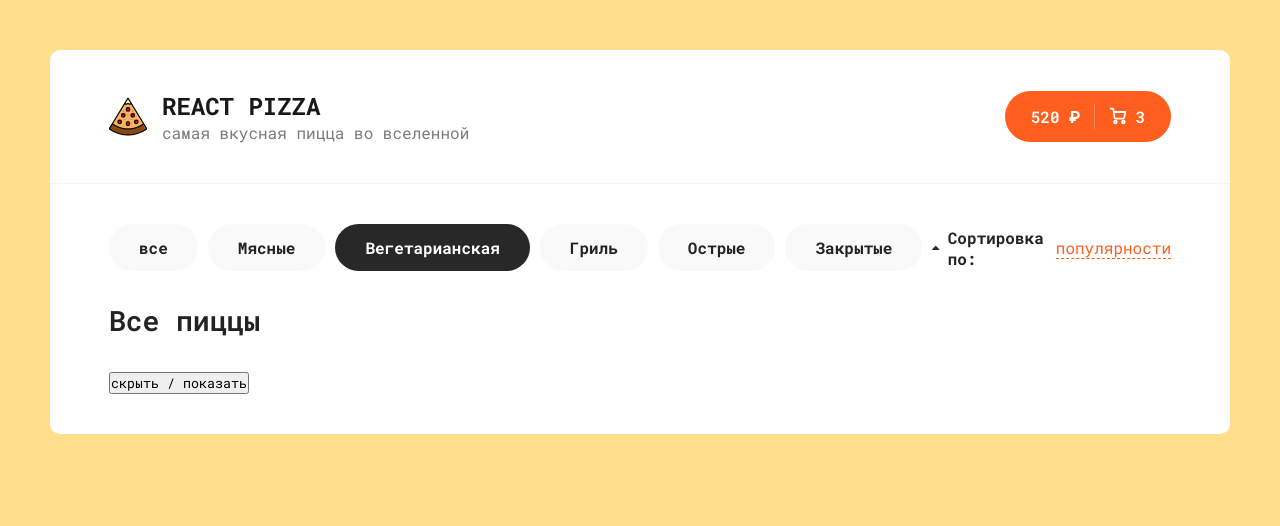
Repository: TI-IT/react-pizza2
Page: /
The author's editor kept a copy of each file at every save. The page is drawn from the files as they stood at one save, then again after the next save.
The browser window is 1280 px wide. The pictures show the whole page.
The project was rebuilt for these pictures with package versions that can differ from the ones it lists, and the page was loaded fresh each time. Also part of the build but not shown: src/components/PizzaBlock.jsx.

Above is the page before, as saved 2022-10-09 11:51:40.

### public/index.html
<!DOCTYPE html>
<html lang="en">
  <head>
    <meta charset="utf-8" />
    <link rel="icon" href="%PUBLIC_URL%/favicon.ico" />
    <link rel="preconnect" href="https://fonts.googleapis.com" />
    <link rel="preconnect" href="https://fonts.gstatic.com" crossorigin />
    <link
      href="https://fonts.googleapis.com/css2?family=Roboto+Mono:wght@300;400;500;600;700&display=swap"
      rel="stylesheet"
    />
    <meta name="viewport" content="width=device-width, initial-scale=1" />
    <meta name="theme-color" content="#000000" />
    <meta
      name="description"
      content="Web site created using create-react-app"
    />
    <link rel="apple-touch-icon" href="%PUBLIC_URL%/logo192.png" />
    <!--
      manifest.json provides metadata used when your web app is installed on a
      user's mobile device or desktop. See https://developers.google.com/web/fundamentals/web-app-manifest/
    -->
    <link rel="manifest" href="%PUBLIC_URL%/manifest.json" />
    <!--
      Notice the use of %PUBLIC_URL% in the tags above.
      It will be replaced with the URL of the `public` folder during the build.
      Only files inside the `public` folder can be referenced from the HTML.

      Unlike "/favicon.ico" or "favicon.ico", "%PUBLIC_URL%/favicon.ico" will
      work correctly both with client-side routing and a non-root public URL.
      Learn how to configure a non-root public URL by running `npm run build`.
    -->
    <title>React App</title>
  </head>
  <body>
    <noscript>You need to enable JavaScript to run this app.</noscript>
    <div id="root"></div>
    <!--
      This HTML file is a template.
      If you open it directly in the browser, you will see an empty page.

      You can add webfonts, meta tags, or analytics to this file.
      The build step will place the bundled scripts into the <body> tag.

      To begin the development, run `npm start` or `yarn start`.
      To create a production bundle, use `npm run build` or `yarn build`.
    -->
  </body>
</html>

### src/App.js
import React from 'react'
import './scss/app.scss'
import Header from './components/Header'
import Categories from './components/Categories'
import Sort from './components/Sort'
import PizzaBlock from './components/PizzaBlock'
import pizzas from './assets/pizza.json'

function App() {
  const [items, setItems] = React.useState([])
  const [visibleList, setvisibleList] = React.useState(true)

  const toggleVisibleList = () => {
    setvisibleList(visible => !visible)
  }

  const link = 'https://63427733ba4478d4783c44ef.mockapi.io/items'
  // fetch(link)
  //   .then(res => {
  //     return res.json()
  //   })
  //   .then(arr => {
  //     setItems(arr)
  //   })

  return (
    <div className="wrapper">
      <Header />
      <div className="content">
        <div className="container">
          <div className="content__top">
            <Categories />
            <Sort />
          </div>
          {visibleList && <h2 className="content__title">Все пиццы</h2>}
          <button onClick={toggleVisibleList}>скрыть / показать</button>

          <div className="content__items">
            {items.map(obj => (
              <PizzaBlock key={obj.id} {...obj} />
            ))}
          </div>
        </div>
      </div>
    </div>
  )
}

export default App

### src/scss/app.scss
@import './_variables.scss';
@import 'libs/_normalize.scss';

@import 'components/_all.scss';


body {
  background-color: $background;
}

.wrapper {
  width: calc(100vw - 100px);
  height: 100%;
  background-color: #fff;
  margin: 50px auto;
  border-radius: 10px;
  max-width: 1400px;
}

.content {
  padding: 40px 0;

  &__title {
    margin: 35px 0;
  }

  &__items {
    display: flex;
    flex-wrap: wrap;
    justify-content: space-between;
  }

  &__top {
    display: flex;
    align-items: center;
    justify-content: space-between;
  }
}

.container {
  width: $container-width;
  margin: 0 auto;

  &--cart {
    max-width: 820px;
    margin: 90px auto;
    .content__title {
      margin: 0;
    }
  }
}

.cart {
  &__top {
    display: flex;
    justify-content: space-between;
    align-items: center;
  }

  .content__title {
    display: flex;
    align-items: center;
    font-size: 32px;

    svg {
      position: relative;
      top: -2px;
      width: 30px;
      height: 30px;
      margin-right: 10px;
      path {
        stroke: $black;
        stroke-width: 1.9;
      }
    }
  }

  &__clear {
    display: flex;
    align-items: center;
    cursor: pointer;
    @include noselect();

    span {
      display: inline-block;
      margin-left: 7px;
      color: #b6b6b6;
      font-size: 18px;
    }

    span,
    svg,
    path {
      transition: all $duration ease-in-out;
    }

    &:hover {
      svg {
        path {
          stroke: darken($color: #b6b6b6, $amount: 50);
        }
      }
      span {
        color: darken($color: #b6b6b6, $amount: 50);
      }
    }
  }

  &__item {
    display: flex;
    width: 100%;
    border-top: 1px solid $gray-line;
    padding-top: 30px;
    margin-top: 30px;

    &-img {
      display: flex;
      align-items: center;
      margin-right: 15px;
      width: 10%;

      img {
        width: 80px;
        height: 80px;
      }
    }

    &-info {
      display: flex;
      flex-direction: column;
      justify-content: center;
      width: 40%;

      h3 {
        font-weight: bold;
        font-size: 22px;
        line-height: 27px;
        letter-spacing: 0.01em;
      }

      p {
        font-size: 18px;
        color: #8d8d8d;
      }
    }

    &-count {
      display: flex;
      align-items: center;
      justify-content: space-between;
      width: 13%;

      &-minus {
        svg {
          path:first-of-type {
            display: none;
          }
        }
      }

      b {
        font-size: 22px;
      }
    }

    &-price {
      display: flex;
      align-items: center;
      justify-content: center;
      width: 33%;

      b {
        font-weight: bold;
        font-size: 22px;
        letter-spacing: 0.01em;
      }
    }

    &-remove {
      display: flex;
      align-items: center;
      justify-content: flex-end;
      width: 4%;

      .button {
        border-color: darken($color: $gray-line, $amount: 10);
      }

      svg {
        transform: rotate(45deg);

        path {
          fill: darken($color: $gray-line, $amount: 15);
        }
      }

      .button {
        svg {
          width: 11.5px;
          height: 11.5px;
          position: relative;
        }
        &:hover,
        &:active {
          border-color: darken($color: $gray-line, $amount: 80);
          background-color: darken($color: $gray-line, $amount: 80);
        }
      }
    }
  }

  &__bottom {
    margin: 50px 0;

    &-details {
      display: flex;
      justify-content: space-between;

      span {
        font-size: 22px;

        &:last-of-type {
          b {
            color: $orange;
          }
        }
      }
    }

    &-buttons {
      display: flex;
      justify-content: space-between;
      margin-top: 40px;

      .go-back-btn {
        display: flex;
        align-items: center;
        justify-content: center;
        width: 210px;

        border-color: darken($color: $gray-line, $amount: 10);

        span {
          color: darken($color: $gray-line, $amount: 20);
          font-weight: 500;
          font-weight: 600;
        }

        &:hover {
          background-color: darken($color: $gray-line, $amount: 90);
          border-color: darken($color: $gray-line, $amount: 90);

          span {
            color: $gray-line;
          }
        }

        svg {
          margin-right: 12px;
          path {
            fill: transparent;
            stroke-width: 2;
          }
        }
      }

      .pay-btn {
        font-size: 16px;
        font-weight: 600;
        width: 210px;
        padding: 16px;
      }
    }
  }

  &--empty {
    margin: 0 auto;
    width: 560px;
    text-align: center;

    h2 {
      font-size: 32px;
      margin-bottom: 10px;
    }

    p {
      font-size: 18px;
      line-height: 145.4%;
      letter-spacing: 0.01em;
      color: #777777;
    }

    icon {
      position: relative;
      top: 2px;
    }

    img {
      display: block;
      width: 300px;
      margin: 45px auto 60px;
    }

    .button--black {
      padding: 12px 0 14px;
      width: 230px;
      margin: 0 auto;
      font-weight: 600;
      font-size: 18px;
    }
  }
}

### src/components/Header.jsx
import logoSVG from '../assets/img/pizza-logo.svg'

function Header() {
  return (
    <div className="header">
      <div className="container">
        <div className="header__logo">
          <img width="38" src={logoSVG} alt="Pizza logo" />
          <div>
            <h1>React Pizza</h1>
            <p>самая вкусная пицца во вселенной</p>
          </div>
        </div>
        <div className="header__cart">
          <a href="/cart.html" className="button button--cart">
            <span>520 ₽</span>
            <div className="button__delimiter"></div>
            <svg
              width="18"
              height="18"
              viewBox="0 0 18 18"
              fill="none"
              xmlns="http://www.w3.org/2000/svg">
              <path
                d="M6.33333 16.3333C7.06971 16.3333 7.66667 15.7364 7.66667 15C7.66667 14.2636 7.06971 13.6667 6.33333 13.6667C5.59695 13.6667 5 14.2636 5 15C5 15.7364 5.59695 16.3333 6.33333 16.3333Z"
                stroke="white"
                strokeWidth="1.8"
                strokeLinecap="round"
                strokeLinejoin="round"
              />
              <path
                d="M14.3333 16.3333C15.0697 16.3333 15.6667 15.7364 15.6667 15C15.6667 14.2636 15.0697 13.6667 14.3333 13.6667C13.597 13.6667 13 14.2636 13 15C13 15.7364 13.597 16.3333 14.3333 16.3333Z"
                stroke="white"
                strokeWidth="1.8"
                strokeLinecap="round"
                strokeLinejoin="round"
              />
              <path
                d="M4.78002 4.99999H16.3334L15.2134 10.5933C15.1524 10.9003 14.9854 11.176 14.7417 11.3722C14.4979 11.5684 14.1929 11.6727 13.88 11.6667H6.83335C6.50781 11.6694 6.1925 11.553 5.94689 11.3393C5.70128 11.1256 5.54233 10.8295 5.50002 10.5067L4.48669 2.82666C4.44466 2.50615 4.28764 2.21182 4.04482 1.99844C3.80201 1.78505 3.48994 1.66715 3.16669 1.66666H1.66669"
                stroke="white"
                strokeWidth="1.8"
                strokeLinecap="round"
                strokeLinejoin="round"
              />
            </svg>
            <span>3</span>
          </a>
        </div>
      </div>
    </div>
  )
}

export default Header

### src/components/Categories.jsx
import React from 'react'

function Categories() {
  const [activeIndex, setActivIndex] = React.useState(2)

  const categories = ['все', 'Мясные', 'Вегетарианская', 'Гриль', 'Острые', 'Закрытые']

  const onClickCategory = index => {
    setActivIndex(index)
  }
  return (
    <div className="categories">
      <ul>
        {categories.map((value, i) => (
          <li
            key={i}
            onClick={() => onClickCategory(i)}
            className={activeIndex === i ? 'active' : ''}>
            {value}
          </li>
        ))}
      </ul>
    </div>
  )
}
export default Categories

### src/components/Sort.jsx
import React from 'react'

function Sort() {
  const [open, setOpen] = React.useState(false)
  const [selected, setSelected] = React.useState(0)
  const list = ['популярности', 'цене', 'алфавиту']
  const sortName = list[selected]

  const onClickListItem = i => {
    setSelected(i)
    setOpen(false)
  }

  return (
    <div className="sort">
      <div className="sort__label">
        <svg
          width="10"
          height="6"
          viewBox="0 0 10 6"
          fill="none"
          xmlns="http://www.w3.org/2000/svg">
          <path
            d="M10 5C10 5.16927 9.93815 5.31576 9.81445 5.43945C9.69075 5.56315 9.54427 5.625 9.375 5.625H0.625C0.455729 5.625 0.309245 5.56315 0.185547 5.43945C0.061849 5.31576 0 5.16927 0 5C0 4.83073 0.061849 4.68424 0.185547 4.56055L4.56055 0.185547C4.68424 0.061849 4.83073 0 5 0C5.16927 0 5.31576 0.061849 5.43945 0.185547L9.81445 4.56055C9.93815 4.68424 10 4.83073 10 5Z"
            fill="#2C2C2C"
          />
        </svg>
        <b>Сортировка по:</b>
        <span onClick={() => setOpen(!open)}>{sortName}</span>
      </div>
      {open && (
        <div className="sort__popup">
          <ul>
            {list.map((name, i) => (
              <li
                key={i}
                onClick={() => onClickListItem(i)}
                className={selected === i ? 'active' : ''}>
                {name}
              </li>
            ))}
          </ul>
        </div>
      )}
    </div>
  )
}

export default Sort

### src/scss/libs/_normalize.scss
* {
  padding: 0;
  margin: 0;
  list-style: none;
  outline: none;
  font-family: 'Roboto Mono', Roboto, system-ui, Tahoma, sans-serif;
  box-sizing: border-box;
}

html {
  -ms-text-size-adjust: 100%;
  -webkit-text-size-adjust: 100%;
}

body {
  -moz-osx-font-smoothing: grayscale;
  -webkit-font-smoothing: antialiased;
  color: $black;
}

a,
span,
p,
b,
h1,
h2,
h3,
h4,
h5 {
  color: $black;
}

h1 {
  font-size: 48px;
}

h2 {
  font-weight: 600;
  font-size: 28px;
  line-height: 30px;
}

a {
  text-decoration: none;
}

@mixin noselect {
  -webkit-touch-callout: none; /* iOS Safari */
  -webkit-user-select: none; /* Safari */
  -khtml-user-select: none; /* Konqueror HTML */
  -moz-user-select: none; /* Old versions of Firefox */
  -ms-user-select: none; /* Internet Explorer/Edge */
  user-select: none; /* Non-prefixed version, currently
                                  supported by Chrome, Opera and Firefox */
}

### src/scss/components/_button.scss
@import '../variables.scss';

.button {
  display: inline-block;
  background-color: $orange;
  border-radius: 30px;
  padding: 10px 20px;
  min-width: 100px;
  text-align: center;
  cursor: pointer;
  transition: background-color $duration ease-in-out, border-color $duration ease-in-out;
  border: 1px solid transparent;
  @include noselect();

  &,
  span {
    color: #fff;
  }

  i,
  span,
  path,
  svg {
    transition: all $duration ease-in-out;
  }

  &:hover {
    background-color: darken($orange, 8%);
  }

  &:active {
    background-color: darken($orange, 12%);
    transform: translateY(1px);
  }

  &--circle {
    display: flex;
    align-items: center;
    justify-content: center;
    width: 32px;
    height: 32px;
    min-width: 32px;
    padding: 0;
    border-width: 2px;
  }

  &--black {
    background-color: $black;

    &:hover,
    &:active {
      background-color: lighten($color: $black, $amount: 10);
    }
  }

  &--outline {
    background-color: #fff;
    border-color: $orange;
    &,
    span {
      color: $orange;
    }

    svg {
      path {
        fill: $orange;
      }
    }

    &:hover {
      background-color: $orange;

      &,
      span {
        color: #fff;
      }

      svg {
        path {
          fill: #fff;
        }
      }
    }

    &:active {
      background-color: darken($orange, 8%);
    }
  }

  &__delimiter {
    width: 1px;
    height: 25px;
    background-color: rgba(255, 255, 255, 0.25);
    margin-left: 14px;
    margin-right: 14px;
  }

  &--add {
    svg {
      margin-right: 2px;
    }

    span {
      font-weight: 600;
      font-size: 16px;
    }

    &:hover {
      i {
        background-color: #fff;
        color: $orange;
      }
    }

    i {
      display: inline-block;
      border-radius: 30px;
      background-color: $orange;
      color: #fff;
      font-weight: 600;
      width: 22px;
      height: 22px;
      font-style: normal;
      font-size: 13px;
      line-height: 22px;
      position: relative;
      top: -1px;
      left: 3px;
    }
  }

  &--cart {
    display: flex;
    align-items: center;
    line-height: 23px;
    padding: 12px 25px;

    svg {
      margin-right: 8px;
      margin-bottom: 1px;
    }

    span {
      font-weight: 600;
      font-size: 16px;
    }
  }
}

### src/scss/components/_sort.scss
@import '../variables.scss';

.sort {
  position: relative;
  &__label {
    display: flex;
    align-items: center;

    svg {
      margin-right: 8px;
    }

    b {
      margin-right: 8px;
    }

    span {
      color: $orange;
      border-bottom: 1px dashed $orange;
      cursor: pointer;
    }
  }

  &__popup {
    position: absolute;
    right: 0;
    margin-top: 15px;
    background: #ffffff;
    box-shadow: 0px 5px 15px rgba(0, 0, 0, 0.09);
    border-radius: 10px;
    overflow: hidden;
    padding: 10px 0;
    width: 160px;

    ul {
      overflow: hidden;
      li {
        padding: 12px 20px;
        cursor: pointer;

        &.active,
        &:hover {
          background: rgba(254, 95, 30, 0.05);
        }

        &.active {
          font-weight: bold;
          color: $orange;
        }
      }
    }
  }
}

### src/scss/components/_pizza-block.scss
@import '../variables.scss';

.pizza-block {
  width: 280px;
  text-align: center;
  margin-bottom: 65px;

  &:not(:nth-of-type(4n)) {
    margin-right: 35px;
  }

  &__image {
    width: 260px;
  }

  &__title {
    font-size: 20px;
    font-weight: 900;
    letter-spacing: 1%;
    margin-bottom: 20px;
  }

  &__selector {
    display: flex;
    background-color: #f3f3f3;
    border-radius: 10px;
    flex-direction: column;
    padding: 6px;

    ul {
      display: flex;
      flex: 1;

      &:first-of-type {
        margin-bottom: 6px;
      }

      li {
        padding: 8px;
        flex: 1;
        cursor: pointer;
        font-weight: 600;
        font-size: 14px;
        @include noselect();
        &.active {
          background: #ffffff;
          box-shadow: 0px 2px 4px rgba(0, 0, 0, 0.04);
          border-radius: 5px;
          cursor: auto;
        }
      }
    }
  }

  &__bottom {
    display: flex;
    align-items: center;
    justify-content: space-between;
    margin-top: 20px;
  }

  &__price {
    font-weight: bold;
    font-size: 22px;
    line-height: 27px;
    letter-spacing: 0.015em;
  }
}

Loaded but not shown: src/index.js (common file); src/assets/pizza.json (common file); src/scss/_variables.scss (common file); src/scss/components/_all.scss (common file); src/scss/components/_header.scss (common file); src/scss/components/_categories.scss (common file)

After the next save:
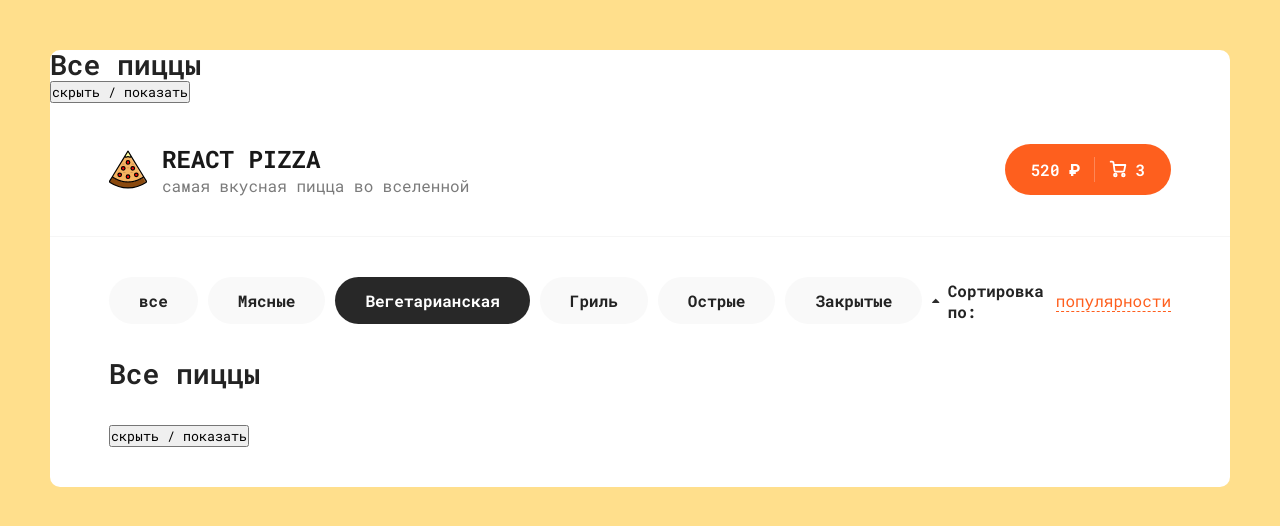
Saved 4 min 32 s later.
--- a/src/App.js
+++ b/src/App.js
@@ -8,23 +8,18 @@ import pizzas from './assets/pizza.json'
 
 function App() {
   const [items, setItems] = React.useState([])
+
   const [visibleList, setvisibleList] = React.useState(true)
 
   const toggleVisibleList = () => {
     setvisibleList(visible => !visible)
   }
 
-  const link = 'https://63427733ba4478d4783c44ef.mockapi.io/items'
-  // fetch(link)
-  //   .then(res => {
-  //     return res.json()
-  //   })
-  //   .then(arr => {
-  //     setItems(arr)
-  //   })
-
   return (
     <div className="wrapper">
+      {visibleList && <h2>Все пиццы</h2>}
+      <button onClick={toggleVisibleList}>скрыть / показать</button>
+
       <Header />
       <div className="content">
         <div className="container">
